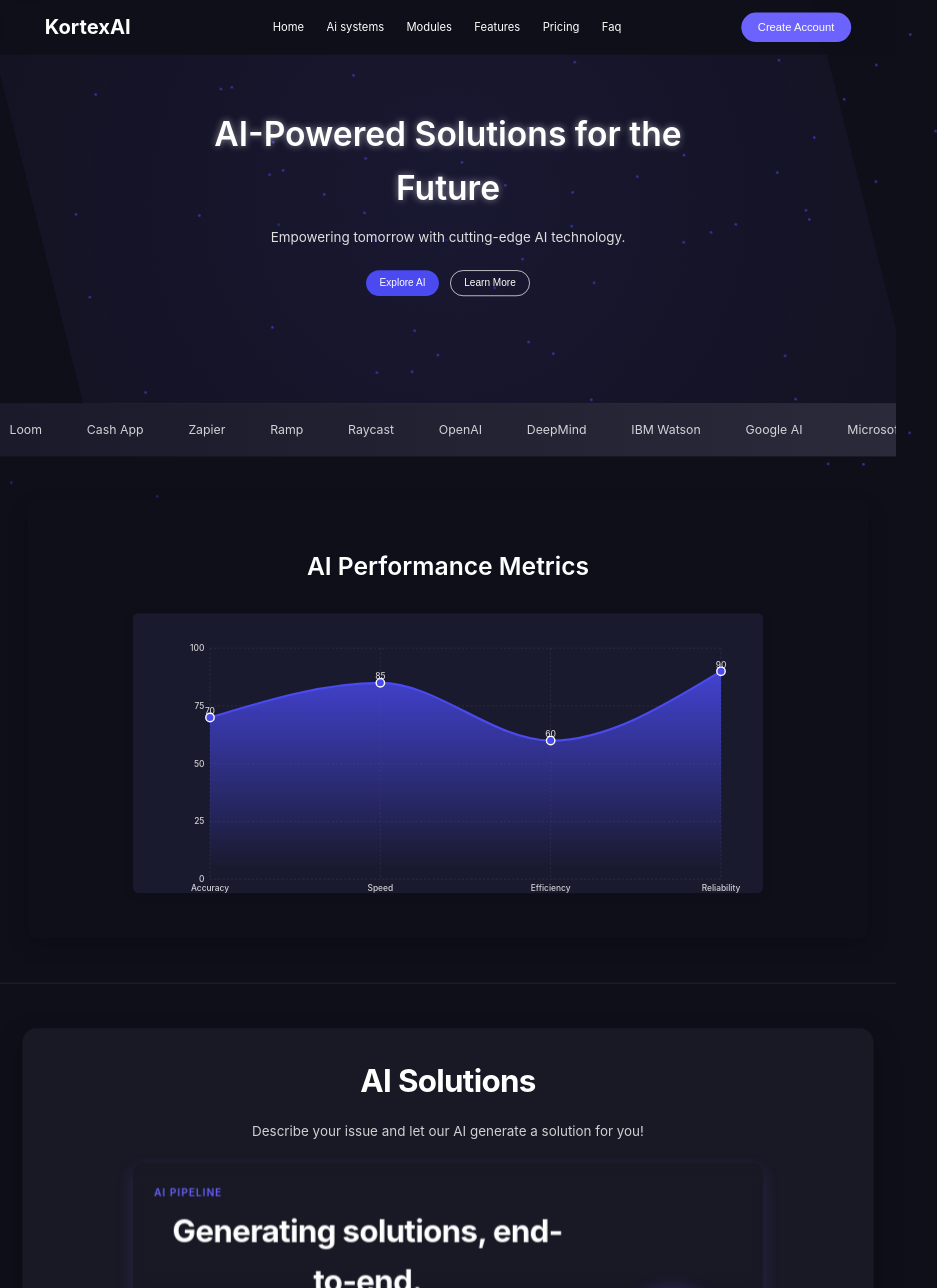
Repository: Rayyy-dev/Kortex-AI
Page: /
An editor plug-in stored every save of this project. The page is shown before and after the next save, followed by the edit.
The browser window is 1280 px wide. The page is 1338 px wide, then 1335 px, so the pictures cover 1338 px, including what lies to the right of the window. The pictures show the part of the page from y = 0 to 1840 px (the page is 3592 px tall before and 3011 px after), at 70% of full size.
The project was rebuilt for these pictures with package versions that can differ from the ones it lists, and the page was loaded fresh each time.

Above is the page before, as saved 2024-10-15 21:03:14.

After the next save:
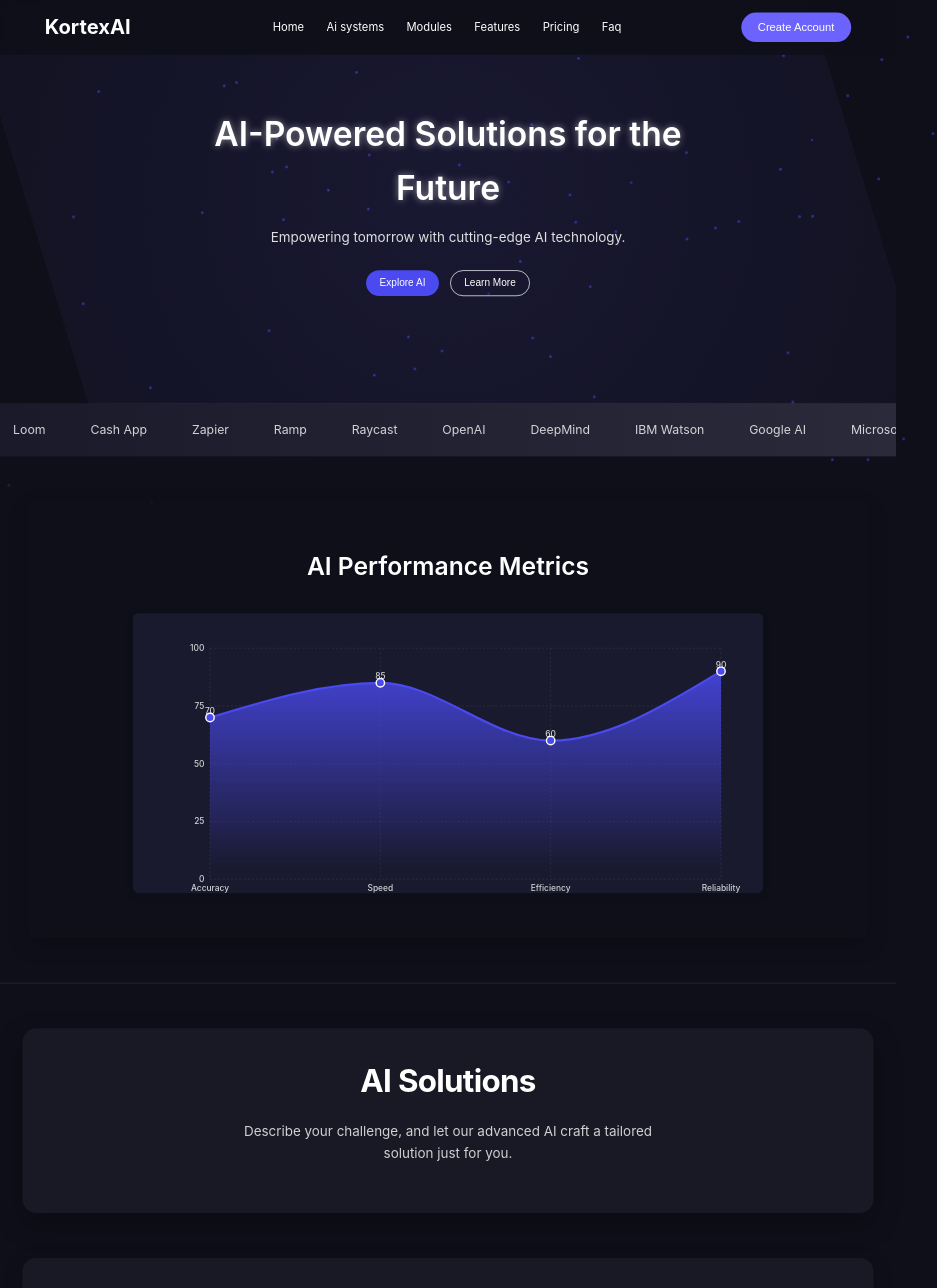
Saved 33 s later.
--- a/src/App.js
+++ b/src/App.js
@@ -25,6 +25,8 @@
   const [showBackToTop, setShowBackToTop] = useState(false);
   const aiPipelineRef = useRef(null);
   const [menuOpen, setMenuOpen] = useState(false);
+  const [userInput, setUserInput] = useState('');
+  const [generatedSolution, setGeneratedSolution] = useState('');
 
   const toggleMenu = () => {
     setMenuOpen(!menuOpen);
@@ -190,6 +192,12 @@
     if (section) {
       section.scrollIntoView({ behavior: 'smooth' });
     }
+  };
+
+  const generateSolution = () => {
+    // Implement your solution generation logic here
+    // For example, you can use an API call to generate the solution based on userInput
+    // and then update the generatedSolution state with the result
   };
 
   return (
@@ -286,51 +294,23 @@
           <div className="background-content">
             <div className="ai-solution-box">
               <h2>AI Solutions</h2>
-              <p>Describe your issue and let our AI generate a solution for you!</p>
-
-              {/* New AI Pipeline Section */}
-              <div className="ai-pipeline-section">
-                <div className="ai-pipeline-content">
-                  <div className="ai-pipeline-text">
-                    <h3 className="ai-pipeline-subtitle">AI Pipeline</h3>
-                    <h2 className="ai-pipeline-title">Generating solutions, end-to-end.</h2>
-                    <div className="ai-pipeline-steps">
-                      <div className={`ai-pipeline-step ${activeStep === 0 ? 'active' : ''}`}>
-                        <span className="step-icon">✨</span>
-                        <h4>Analyzing prompt...</h4>
-                        <p>KortexAI determines the subject and context of your issue.</p>
-                      </div>
-                      <div className={`ai-pipeline-step ${activeStep === 1 ? 'active' : ''}`}>
-                        <span className="step-icon">🔧</span>
-                        <h4>Crafting solutions...</h4>
-                        <p>Next, it generates tailored solutions based on the analysis.</p>
-                      </div>
-                      <div className={`ai-pipeline-step ${activeStep === 2 ? 'active' : ''}`}>
-                        <span className="step-icon">🚀</span>
-                        <h4>Review and implement!</h4>
-                        <p>The solution is ready – your turn to put it into action.</p>
-                      </div>
-                    </div>
-                    <div className="get-started-container">
-                      <button className="get-started-btn">Get Started</button>
-                    </div>
-                  </div>
-                  <div className="ai-pipeline-visual">
-                    <div className="ai-orb">
-                      <div className="ai-orb-inner"></div>
-                    </div>
-                    <p className="generating-text">Generating your solution... {generatingProgress}%</p>
-                  </div>
-                </div>
-              </div>
-
-              {/* Existing input and output areas */}
+              <p>Describe your challenge, and let our advanced AI craft a tailored solution just for you.</p>
+
               <div className="input-group">
-                <input type="text" placeholder="Enter your issue here..." />
-                <button className="generate-btn">Generate Solution</button>
+                <input
+                  type="text"
+                  placeholder="Enter your challenge here..."
+                  value={userInput}
+                  onChange={(e) => setUserInput(e.target.value)}
+                />
+                <button className="generate-btn" onClick={generateSolution}>Generate Solution</button>
               </div>
               <div className="solution-output">
-                <p>AI-generated solution will appear here...</p>
+                {generatedSolution ? (
+                  <p>{generatedSolution}</p>
+                ) : (
+                  <p>Your AI-generated solution will appear here...</p>
+                )}
               </div>
             </div>
 
